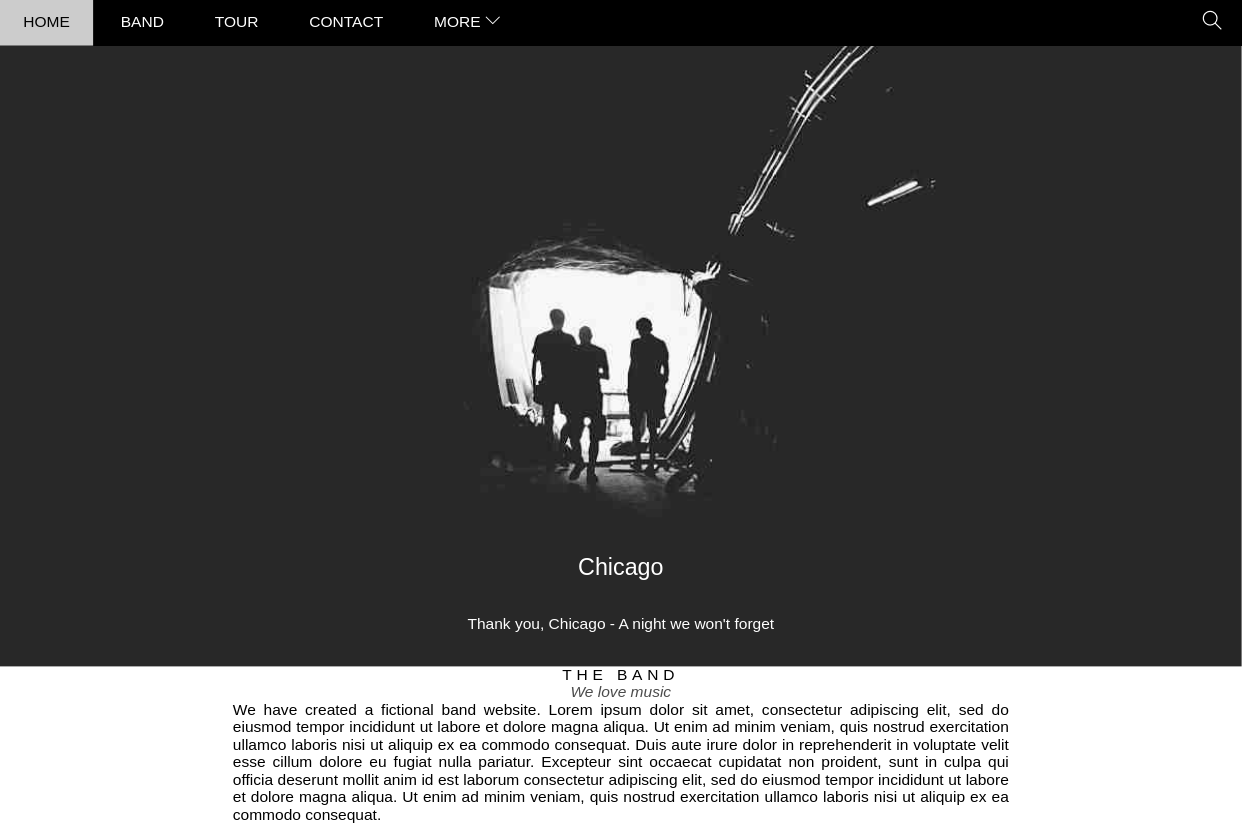
Repository: thanhsonnguyen-gif/f8-learn
Page: projectDemoTheBand/index.html
An editor plug-in stored every save of this project. The page is shown before and after the next save, followed by the edit.
The browser window is 1280 px wide. The pictures show the whole page, at 97% of full size.

Above is the page before, as saved 2022-06-24 17:46:30.

After the next save:
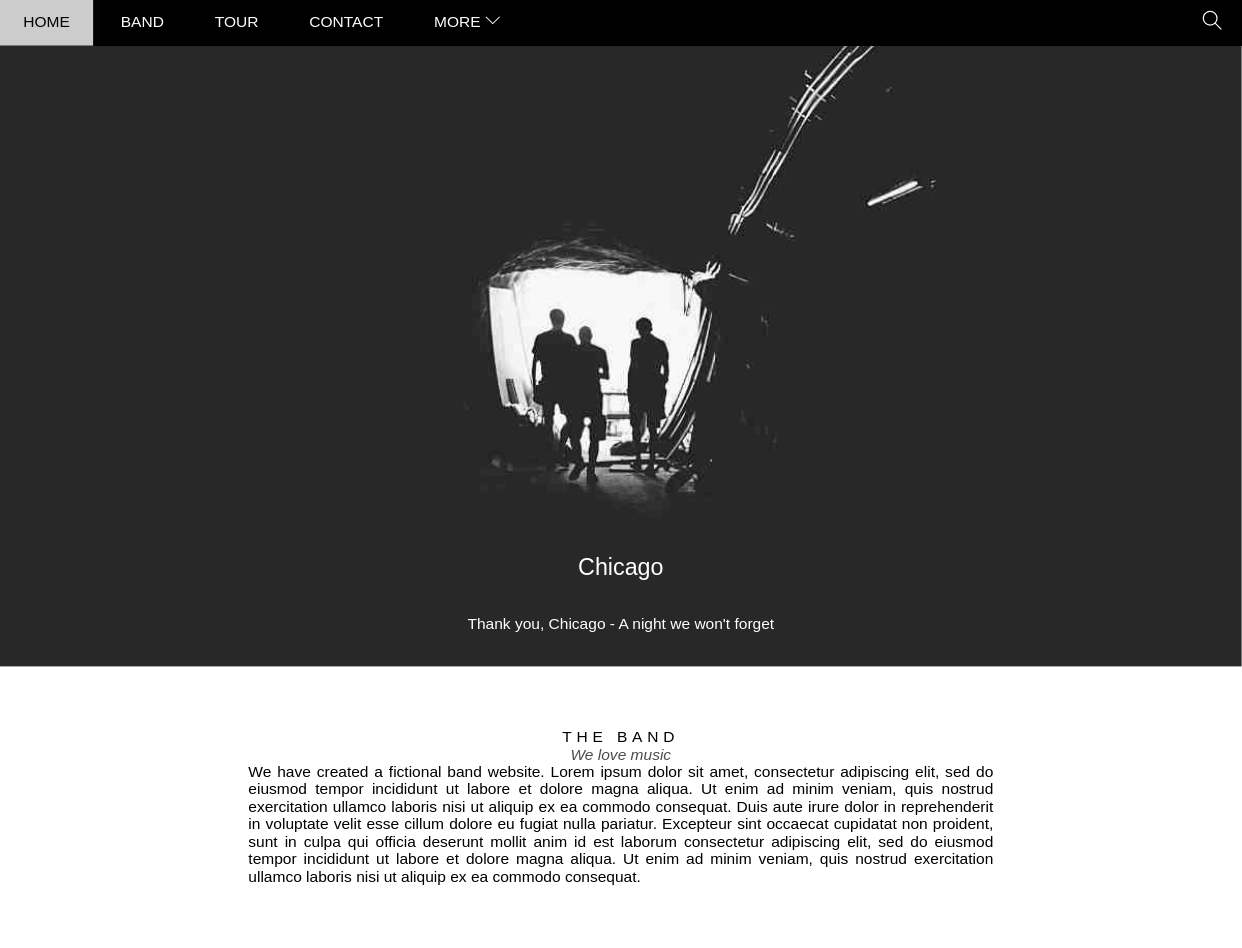
Saved 2 min 27 s later.
--- a/projectDemoTheBand/assets/css/style.css
+++ b/projectDemoTheBand/assets/css/style.css
@@ -120,6 +120,7 @@
 #about-session{
 width: 800px;
 margin: 0  auto;
+padding: 64px 16px;
 }
 
 .heading{
